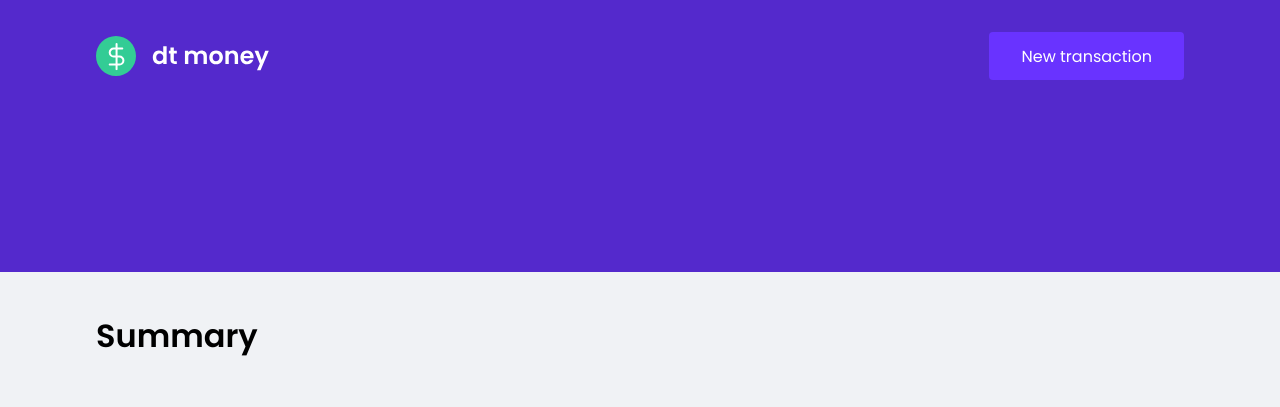
Repository: JoseGu1llardi/dtmoney
Page: /
These files come from the project's save history. The page is drawn as it stood at one moment and after the next save; the edit follows.
The browser window is 1280 px wide. The pictures show the whole page.
The project was rebuilt for these pictures with package versions that can differ from the ones it lists, and the page was loaded fresh each time.

Above is the page before, as saved 2022-12-30 12:37:56.

After the next save:
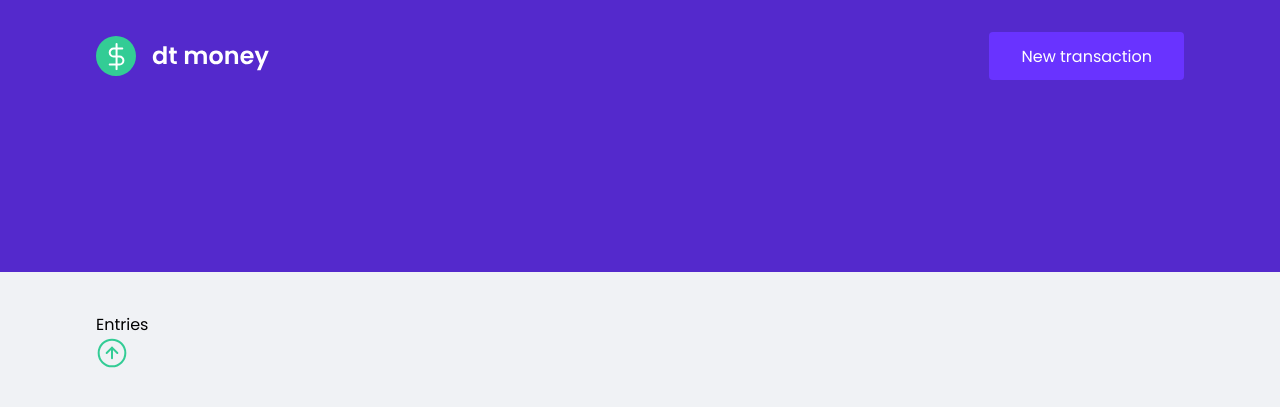
Saved 94 min 9 s later.
--- a/src/components/Summary/index.tsx
+++ b/src/components/Summary/index.tsx
@@ -1,9 +1,16 @@
 import { Container } from './styles';
+
+import incomeImg from '../../assets/income.svg';
 
 export function Summary() {
     return (
         <Container>
-            <h1>Summary</h1>
+            <div>
+                <header>
+                    <p>Entries</p>
+                    <img src={incomeImg} alt="Logo income" />
+                </header>
+            </div>
         </Container>
     )
 }
